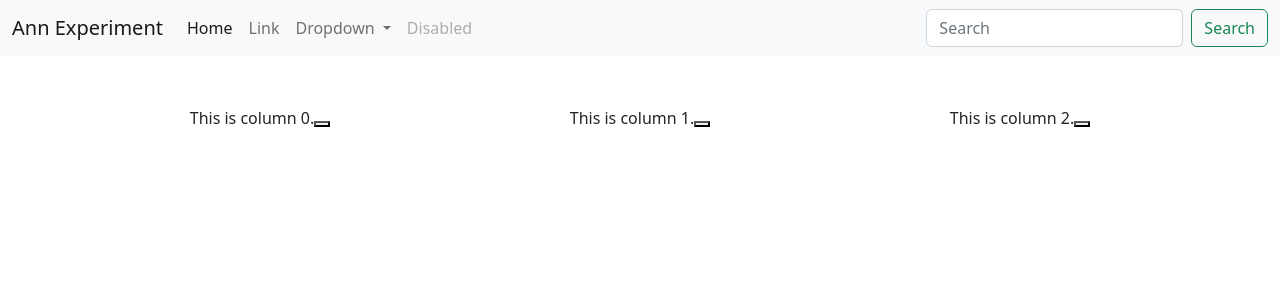
Repository: annferracane/phase-0-personal-website
Page: index.html
An editor plug-in stored every save of this project. The page is shown before and after the next save, followed by the edit.
The browser window is 1280 px wide. The pictures show the whole page.

Above is the page before, as saved 2022-11-13 16:47:05.

After the next save:
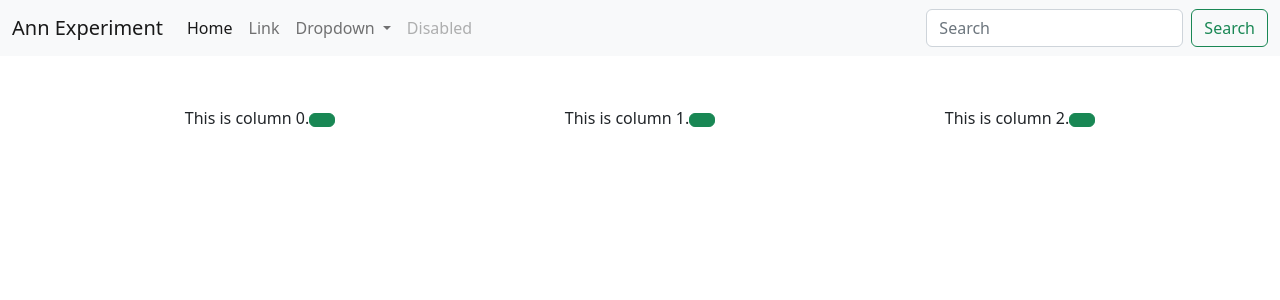
Saved 31 s later.
--- a/script.js
+++ b/script.js
@@ -17,9 +17,9 @@ for (i = 0; i < 3; i++){
 
     // create button, add button className depending on i value
     const button = document.createElement("button");
+
+    let buttonClassName = "btn btn-success";
     /*
-    let buttonClassName = "btn btn-success";
-
     if (i === 1) {
         buttonClassName = "btn btn-success";
         //button.textContent = "Success";
@@ -30,13 +30,13 @@ for (i = 0; i < 3; i++){
         buttonClassName = "btn btn-warning";
         //button.textContent = "Warning";
     }
-
+     */
     button.className = buttonClassName;
-    */
-    // append button to div column
 
 
     // add div column to row
     document.querySelector("#main-div-row").appendChild(div);
+
+    // append button to div column
     document.querySelector(`#main-div-col-${i}`).appendChild(button);
 }
